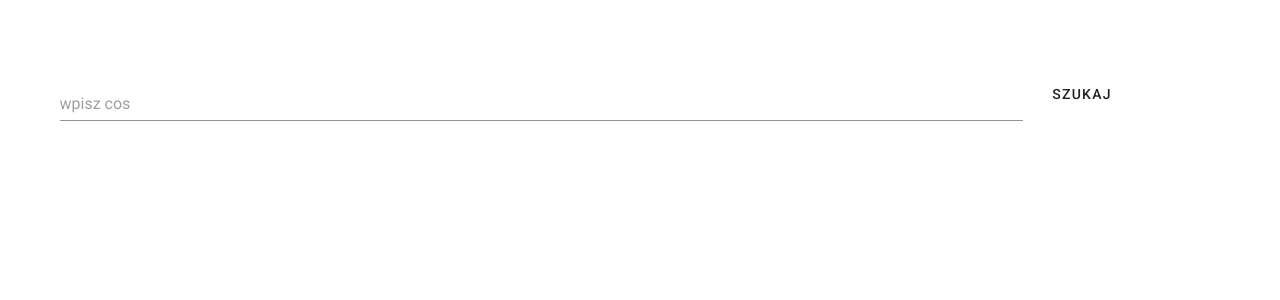
Repository: kq333/wyszukiwarka-filmow-seriali
Page: / (app in searchapp/)
The author's editor kept a copy of each file at every save. The page is drawn from the files as they stood at one save, then again after the next save.
The browser window is 1280 px wide. The pictures show the whole page.
The project was rebuilt for these pictures with package versions that can differ from the ones it lists, and the page was loaded fresh each time. Also part of the build but not shown: searchapp/vue.config.js, searchapp/src/views/Home.vue.

Above is the page before, as saved 2021-02-18 00:53:23.

### searchapp/src/App.vue
<template>
  <v-app>


    <v-main>
      <HelloWorld/>
    </v-main>
  </v-app>
</template>

<script>
import HelloWorld from './components/HelloWorld';

export default {
  name: 'App',

  components: {
    HelloWorld,
  },

  data: () => ({
    //
  }),
};
</script>

### searchapp/src/components/HelloWorld.vue
<template>

  <v-container style="red">


<div id="demo">




<v-row color="red" >
   <v-col lg="10">


            <v-text-field  clearable placeholder="wpisz cos" type="text" v-model="input"></v-text-field>

    </v-col>

    <v-btn id="btn" outlined @click="klik" class="mt-4"><v-icon>mdi-find</v-icon>Szukaj</v-btn>

 </v-row>



  <v-row>
    <v-col >
      <div   v-for="arr in arrays" :key="arr.index" >
        <v-row>
          <v-col >
                <p  id="text1"  class="mx-12" style="font-size:38px">{{arr.title}}</p>
          </v-col>

                </v-row>

                  <v-row >
                    <v-col id="image"  lg="4" xs="2" >
                      <img  style="border-radius: 2%" class="ml-8" :src="arr.poster" />
                    </v-col>
                        <v-col id="text" lg="8" xs="2" cols="6" >
                          <p id="demo"> Aktorzy:  {{ arr.actors}}</p>
                          <p> Reżyseria: {{arr.director}}</p>
                          <p>Kraj: {{arr.country}}</p>
                          <p>Rok produkcji: {{arr.released}}</p>
                          <p>Gatunek: {{arr.genre}}</p>
                          <p>Opis: {{arr.plote}}</p>
                          <p>Ranking IMDB: {{arr.imdb}}</p>
                        </v-col>
                  </v-row>

              <v-row >

              </v-row>





      </div>
    </v-col>
  </v-row>


 </div>





  </v-container>
</template>

<script>
  export default {
    name: 'HelloWorld',

    data(){

    return{

      input:'',

      arrays:[],
    }

  },
   methods: {


/* const button = document.getElementById("btn");
      button.disabled = true; */




      klik(){


       this.input








 const url = 'https://www.omdbapi.com/?apikey=7bd5b2c8&t=';

    const result  = url + this.input;
    fetch(result)

  .then((res)=>{
      return res.json();
  })

  .then((data)=>{

    console.log(data)



    this.arrays.push({poster: data.Poster, actors: data.Actors, director: data.Director, title:data.Title, country:data.Country, released: data.Released, genre: data.Genre, plot: data.Plot, imdb:data.imdbRating })


  }),

this.input=''
this.text=""

this.arrays.pop()

      }}}


</script>

<style scoped>



p{
  color:red
}

#demo{

  margin-top:60px;

}

#app {
  background-color:red}

#btn{
  border: 0px  ;
}
</style>

Loaded but not shown: searchapp/public/index.html (common file); searchapp/src/main.js (common file); searchapp/src/router/index.js (common file); searchapp/src/plugins/vuetify.js (common file)

After the next save:
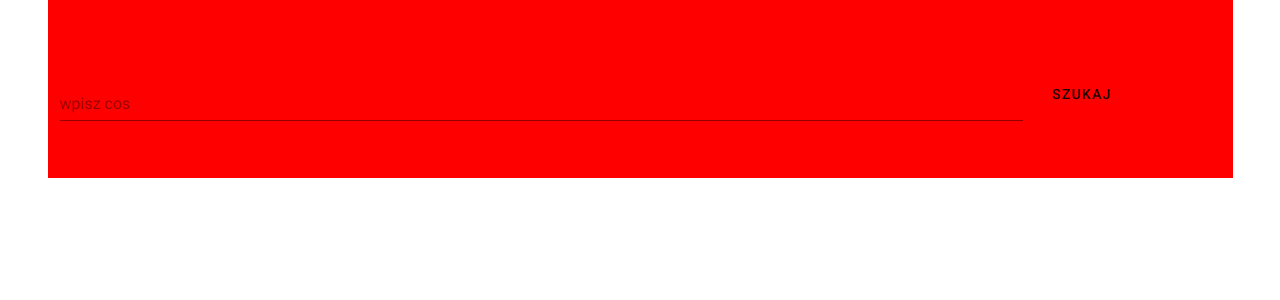
Saved 32 s later.
--- a/searchapp/src/components/HelloWorld.vue
+++ b/searchapp/src/components/HelloWorld.vue
@@ -1,6 +1,6 @@
 <template>
 
-  <v-container style="red">
+  <v-container style="background-color:red">
 
 
 <div id="demo">

After the save that followed:
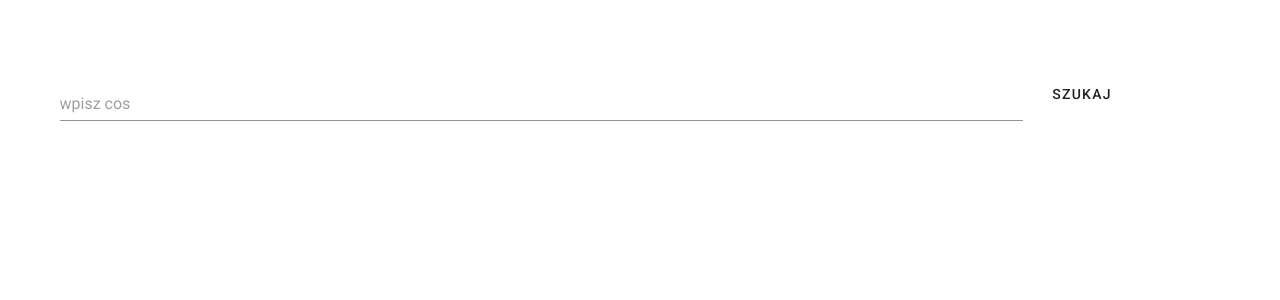
Saved 19 s later.
--- a/searchapp/src/components/HelloWorld.vue
+++ b/searchapp/src/components/HelloWorld.vue
@@ -1,6 +1,6 @@
-<template>
+<template  style="background-color:red">
 
-  <v-container style="background-color:red">
+  <v-container>
 
 
 <div id="demo">
